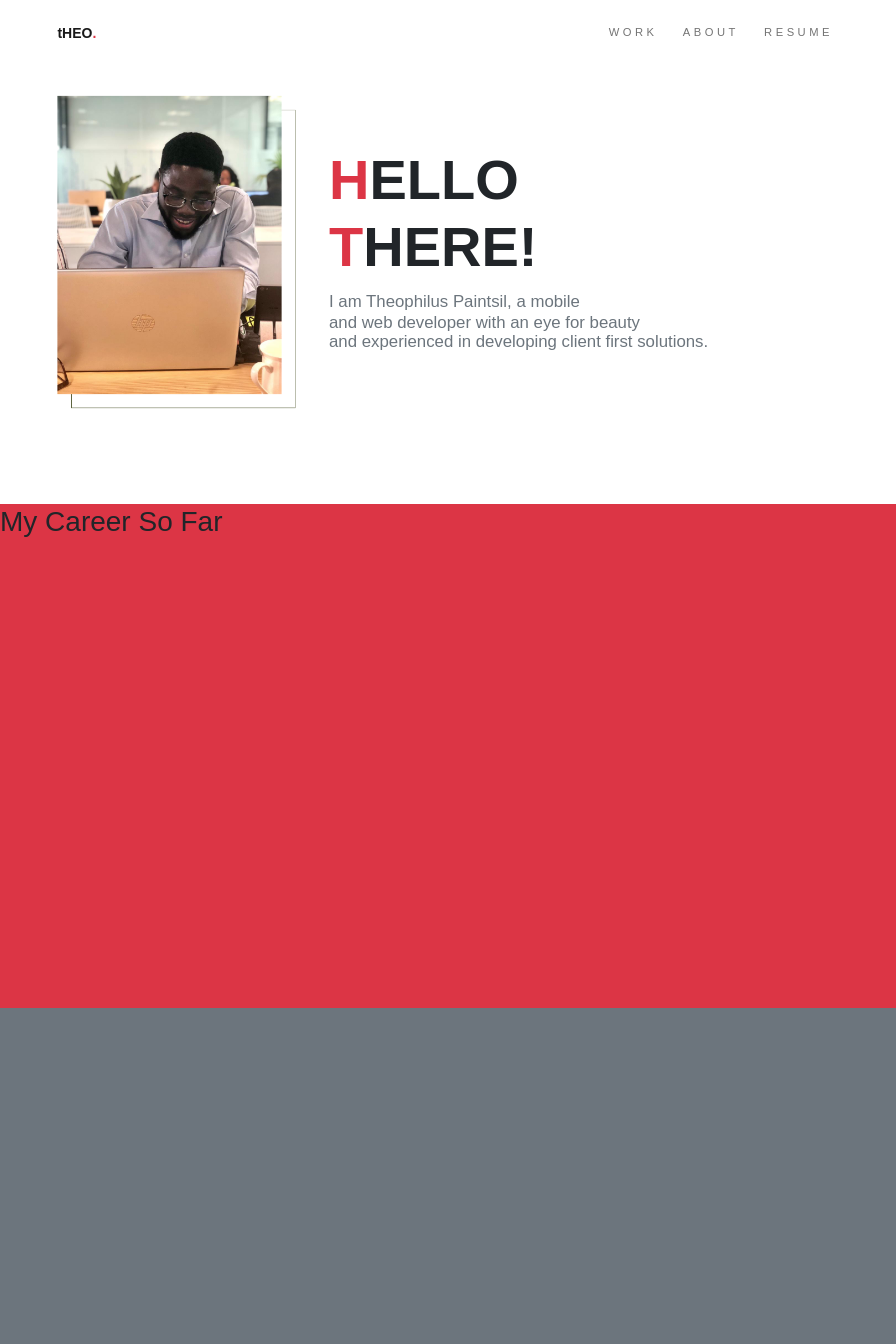
Repository: tHEO2k17/portfolio
Page: /
These files come from the project's save history. The page is drawn as it stood at one moment and after the next save; the edit follows.
The browser window is 1280 px wide. The pictures show the part of the page from y = 0 to 1920 px (the page is 3000 px tall), at 70% of full size.
The project was rebuilt for these pictures with package versions that can differ from the ones it lists, and the page was loaded fresh each time.

Above is the page before, as saved 2021-07-22 10:09:19.

After the next save:
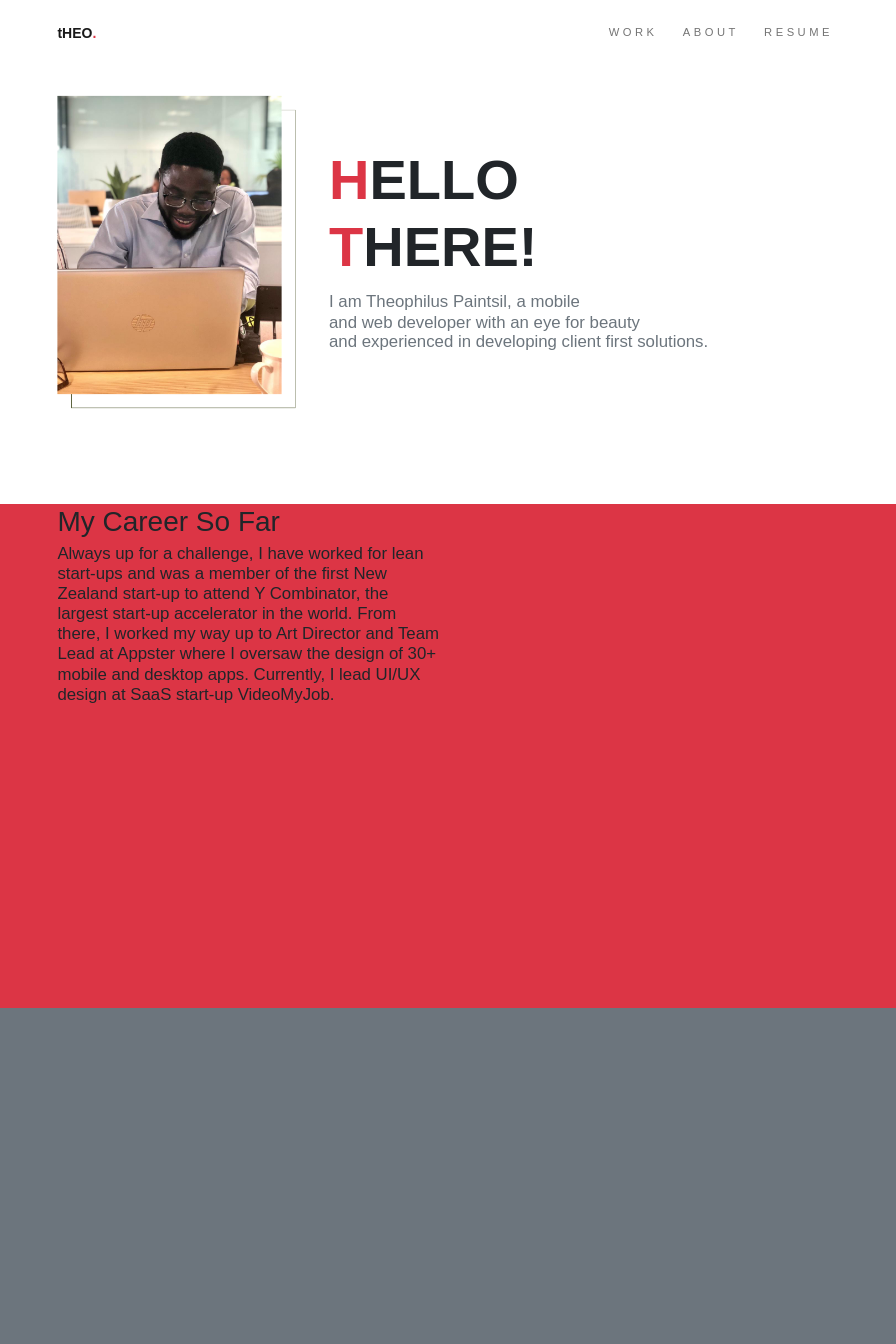
Saved 3 min 29 s later.
--- a/src/presentation/pages/HomePage.tsx
+++ b/src/presentation/pages/HomePage.tsx
@@ -29,8 +29,8 @@ export default function HomePage() {
                                 <b className="text-danger">T</b>HERE!
                             </h1>
                             <h4 className="fw-light text-muted mt-3">
-                                I am Theophilus Paintsil, a mobile <br/>
-                                and web developer with an eye for beauty <br/>
+                                I am Theophilus Paintsil, a mobile <br />
+                                and web developer with an eye for beauty <br />
                                 and experienced in developing client first solutions.
                             </h4>
                         </Col>
@@ -39,8 +39,23 @@ export default function HomePage() {
             </header>
 
             <section className="bg-danger min-vh-100">
-                <h1>My Career So Far</h1>
                 {/* skills and tools */}
+                <Container>
+                    <Row>
+                        <Col>
+                            <h1>My Career So Far</h1>
+                            <h4>
+                                Always up for a challenge, I have worked for lean start-ups and
+                                was a member of the first New Zealand start-up to attend Y Combinator,
+                                the largest start-up accelerator in the world. From there,
+                                I worked my way up to Art Director and Team Lead at Appster where
+                                I oversaw the design of 30+ mobile and desktop apps. Currently,
+                                I lead UI/UX design at SaaS start-up VideoMyJob.
+                            </h4>
+                        </Col>
+                        <Col></Col>
+                    </Row>
+                </Container>
             </section>
 
             <section className="bg-secondary min-vh-100">
